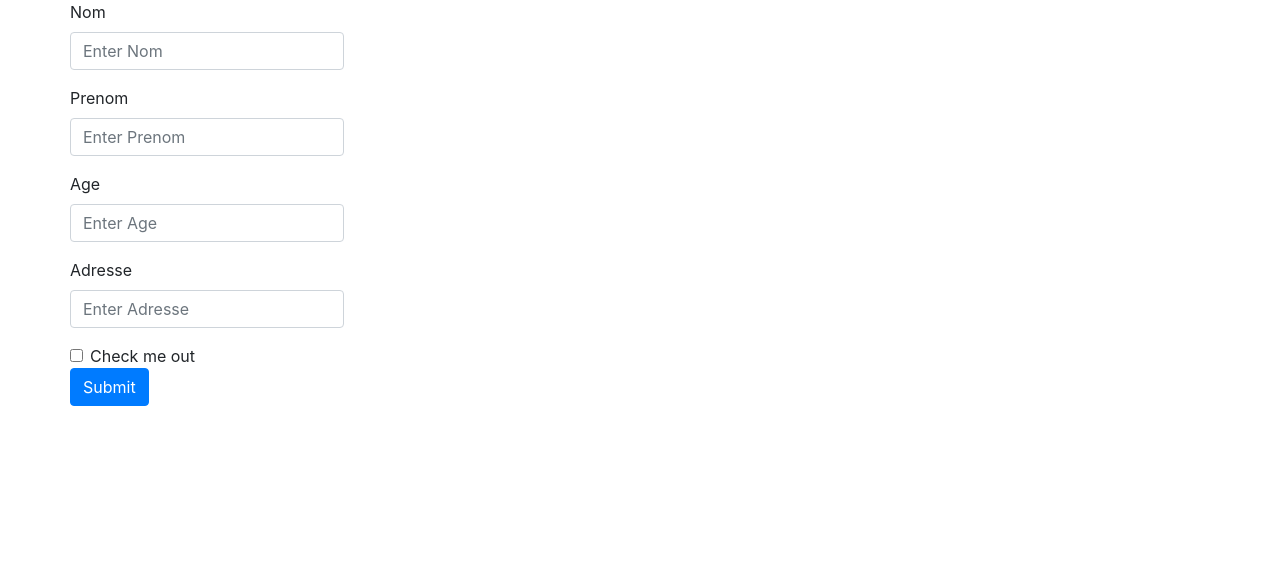
Repository: MacCampers/java-stuff
Page: http://localhost/ProjetResto/
These files come from the project's save history. The page is drawn as it stood at one moment and after the next save; the edit follows.
The browser window is 1280 px wide. The pictures show the whole page.
The page is served by Tomcat 9. Nobody is signed in. The application's start-up code is not run.

Above is the page before, as saved 2020-02-14 14:00:53.

After the next save:
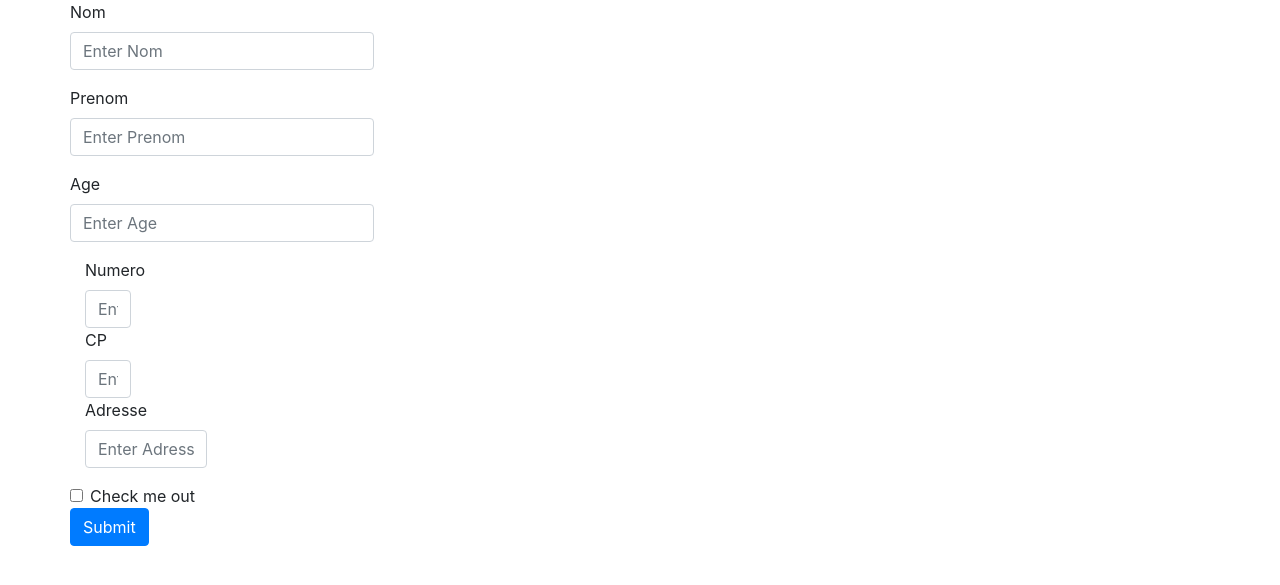
Saved 78 s later.
--- a/workspaceJSP/ProjetResto/src/main/webapp/index.jsp
+++ b/workspaceJSP/ProjetResto/src/main/webapp/index.jsp
@@ -20,23 +20,36 @@
 				<div class="form-group">
 					<label for="exampleInputname">Nom</label> <input type="text"
 						class="form-control" id="exampleInputname"
-						aria-describedby="emailHelp" placeholder="Enter Nom">
+						 placeholder="Enter Nom">
 				</div>
 				<div class="form-group">
 					<label for="exampleInputPrenom">Prenom</label> <input type="text"
 						class="form-control" id="exampleInputPrenom"
-						aria-describedby="emailHelp" placeholder="Enter Prenom">
+						 placeholder="Enter Prenom">
 				</div>
 				<div class="form-group">
 					<label for="exampleInputAge">Age</label> <input type="text"
 						class="form-control" id="exampleInputAge"
-						aria-describedby="emailHelp" placeholder="Enter Age">
+						 placeholder="Enter Age">
 				</div>
 
 				<div class="form-group">
-					<label for="exampleInputAdresse">Adresse</label> <input type="text"
-						class="form-control" id="exampleInputAdresse"
-						aria-describedby="emailHelp" placeholder="Enter Adresse">
+					<div class="col-3">
+						<label for="exampleInputNumero">Numero</label> <input
+							type="text" class="form-control" id="exampleInputNumero"
+							 placeholder="Enter Numero">
+					</div>
+					<div class="col-3">
+						<label for="exampleInputCP">CP</label> <input
+							type="text" class="form-control" id="exampleInputCP"
+							placeholder="Enter Adresse">
+					</div>
+					<div class="col-6">
+						<label for="exampleInputAdresse">Adresse</label> <input
+							type="text" class="form-control" id="exampleInputAdresse"
+							 placeholder="Enter Adresse">
+					</div>
+
 				</div>
 
 				<div class="form-check">
